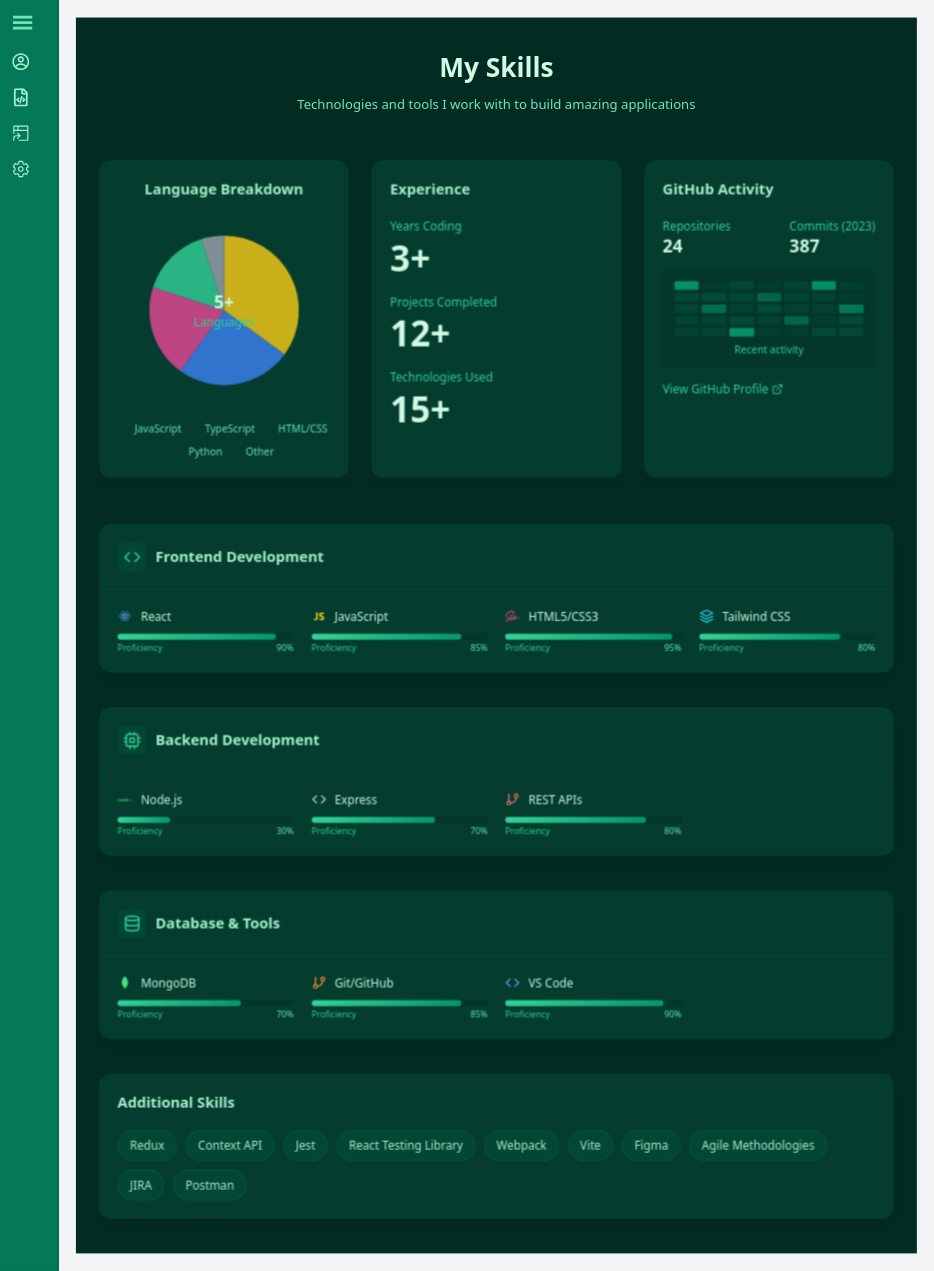
Repository: alizey12/DevLinker-Developer-Portfolio-Builder
Page: /dashboard/skills
These files come from the project's save history. The page is drawn as it stood at one moment and after the next save; the edit follows.
The browser window is 1280 px wide. The pictures show the whole page, at 73% of full size.
The project was rebuilt for these pictures with package versions that can differ from the ones it lists, and the page was loaded fresh each time. Also part of the build but not shown: vite.config.js, src/Pages/Login.jsx, src/Pages/Signup.jsx, src/Pages/Portfolio.jsx, src/Pages/Page404.jsx, src/Pages/Dashboard/Profile.jsx, src/Pages/Dashboard/Project.jsx, src/Pages/Dashboard/Setting.jsx and 1 more.

Above is the page before, as saved 2025-06-30 21:44:46.

### src/main.jsx
import { StrictMode } from 'react'

import { createRoot } from 'react-dom/client'
import './index.css'
import App from './App.jsx'
import { BrowserRouter } from 'react-router'

createRoot(document.getElementById('root')).render(
  <StrictMode>
  <BrowserRouter>
    <App />
    </BrowserRouter>
  </StrictMode>,
)

### src/App.jsx
import AppRoutes from "./Routes/AppRoutes";

function App() {
  return (
    <>
<AppRoutes />
    </>
  )
}

export default App

### src/Routes/AppRoutes.jsx
import React from 'react';
import { Routes, Route } from 'react-router';

import DashboardLayout from '../Components/Layout/DashboardLayout';
import Login from '../Pages/Login';
import Signup from '../Pages/Signup';
import Portfolio from '../Pages/Portfolio';
import Page404 from "../Pages/Page404";

import Profile from '../Pages/Dashboard/Profile';
import Skills from '../Pages/Dashboard/Skills';
import Projects from '../Pages/Dashboard/Project';
import Settings from '../Pages/Dashboard/Setting';
import Home from '../Pages/Home';

const AppRoutes = () => {
  return (
    <Routes>
      {/* Public Routes */}
      <Route path='/' element={<Home />} />
      <Route path='/login' element={<Login />} />
      <Route path='/signup' element={<Signup />} />
      <Route path='/portfolio/:username' element={<Portfolio />} />

      {/* Dashboard Routes */}
      <Route path='/dashboard' element={<DashboardLayout />}>
        <Route path="profile" element={<Profile />} />
        <Route path="skills" element={<Skills />} />
        <Route path="projects" element={<Projects />} />
        <Route path="settings" element={<Settings />} />
      </Route>

      {/* 404 Page */}
      <Route path='*' element={<Page404 />} />
    </Routes>
  );
};

export default AppRoutes;

### src/Components/Layout/DashboardLayout.jsx
import React from 'react'
import { Outlet } from 'react-router'
import Sidebar from '../Sidebar'

const DashboardLayout = () => {
  return (
    <div className="flex min-h-screen">
      {/* Sidebar on the left */}
      <Sidebar />

      {/* Main content */}
      <main className="flex-1 p-6 bg-gray-100">
        <Outlet />
      </main>
    </div>
  )
}

export default DashboardLayout

### src/Pages/Dashboard/Skills.jsx
import React from 'react';
import { FiCode, FiCpu, FiDatabase,FiExternalLink, FiLayers, FiGitBranch } from 'react-icons/fi';
import { DiReact, DiJavascript1, DiNodejs, DiMongodb, DiSass } from 'react-icons/di';

const Skills = () => {
  // Skill categories data
  const skillCategories = [
    {
      title: "Frontend Development",
      icon: <FiCode className="text-emerald-400" size={24} />,
      skills: [
        { name: "React", level: 90, icon: <DiReact className="text-blue-400" /> },
        { name: "JavaScript", level: 85, icon: <DiJavascript1 className="text-yellow-400" /> },
        { name: "HTML5/CSS3", level: 95, icon: <DiSass className="text-pink-500" /> },
        { name: "Tailwind CSS", level: 80, icon: <FiLayers className="text-cyan-400" /> }
      ]
    },
    {
      title: "Backend Development",
      icon: <FiCpu className="text-emerald-400" size={24} />,
      skills: [
        { name: "Node.js", level: 30, icon: <DiNodejs className="text-green-500" /> },
        { name: "Express", level: 70, icon: <FiCode className="text-gray-300" /> },
        { name: "REST APIs", level: 80, icon: <FiGitBranch className="text-red-400" /> }
      ]
    },
    {
      title: "Database & Tools",
      icon: <FiDatabase className="text-emerald-400" size={24} />,
      skills: [
        { name: "MongoDB", level: 70, icon: <DiMongodb className="text-green-400" /> },
        { name: "Git/GitHub", level: 85, icon: <FiGitBranch className="text-orange-400" /> },
        { name: "VS Code", level: 90, icon: <FiCode className="text-blue-400" /> }
      ]
    }
  ];

  // Languages/frameworks for radial chart
  const languages = [
    { name: "JavaScript", value: 35, color: "text-yellow-400" },
    { name: "TypeScript", value: 25, color: "text-blue-500" },
    { name: "HTML/CSS", value: 20, color: "text-pink-500" },
    { name: "Python", value: 15, color: "text-emerald-400" },
    { name: "Other", value: 5, color: "text-gray-400" }
  ];

  return (
    <div className="min-h-screen bg-emerald-950 py-12 px-4 sm:px-6 lg:px-8">
      <div className="max-w-7xl mx-auto">
        {/* Page Header */}
        <div className="text-center mb-16">
          <h1 className="text-4xl font-bold text-emerald-100 mb-4">My Skills</h1>
          <p className="text-lg text-emerald-300 max-w-3xl mx-auto">
            Technologies and tools I work with to build amazing applications
          </p>
        </div>

        {/* Skills Overview */}
        <div className="grid grid-cols-1 lg:grid-cols-3 gap-8 mb-16">
          {/* Radial Chart */}
          <div className="bg-emerald-900/50 backdrop-blur-sm rounded-2xl p-6 border border-emerald-800/50 shadow-lg flex flex-col items-center justify-center">
            <h2 className="text-xl font-bold text-emerald-200 mb-6">Language Breakdown</h2>
            <div className="relative w-64 h-64">
              <svg viewBox="0 0 100 100" className="w-full h-full">
                {languages.map((lang, i) => {
                  const angle = (lang.value / 100) * 360;
                  const startAngle = languages.slice(0, i).reduce((acc, l) => acc + (l.value / 100) * 360, 0);
                  return (
                    <path
                      key={lang.name}
                      d={describeArc(50, 50, 40, startAngle, startAngle + angle)}
                      fill="currentColor"
                      className={`${lang.color} opacity-80 hover:opacity-100 transition-opacity`}
                    />
                  );
                })}
              </svg>
              <div className="absolute inset-0 flex items-center justify-center">
                <div className="text-center">
                  <span className="text-2xl font-bold text-emerald-100">5+</span>
                  <p className="text-emerald-400">Languages</p>
                </div>
              </div>
            </div>
            <div className="flex flex-wrap justify-center gap-3 mt-6">
              {languages.map((lang) => (
                <div key={lang.name} className="flex items-center">
                  <div className={`w-3 h-3 rounded-full ${lang.color} mr-2`}></div>
                  <span className="text-sm text-emerald-300">{lang.name}</span>
                </div>
              ))}
            </div>
          </div>

          {/* Experience Stats */}
          <div className="bg-emerald-900/50 backdrop-blur-sm rounded-2xl p-6 border border-emerald-800/50 shadow-lg">
            <h2 className="text-xl font-bold text-emerald-200 mb-6">Experience</h2>
            <div className="space-y-6">
              <div>
                <h3 className="text-emerald-400 mb-2">Years Coding</h3>
                <div className="text-5xl font-bold text-emerald-100">3+</div>
              </div>
              <div>
                <h3 className="text-emerald-400 mb-2">Projects Completed</h3>
                <div className="text-5xl font-bold text-emerald-100">12+</div>
              </div>
              <div>
                <h3 className="text-emerald-400 mb-2">Technologies Used</h3>
                <div className="text-5xl font-bold text-emerald-100">15+</div>
              </div>
            </div>
          </div>

          {/* GitHub Stats */}
          <div className="bg-emerald-900/50 backdrop-blur-sm rounded-2xl p-6 border border-emerald-800/50 shadow-lg">
            <h2 className="text-xl font-bold text-emerald-200 mb-6">GitHub Activity</h2>
            <div className="flex items-center justify-between mb-4">
              <div>
                <h3 className="text-emerald-400">Repositories</h3>
                <div className="text-2xl font-bold text-emerald-100">24</div>
              </div>
              <div>
                <h3 className="text-emerald-400">Commits (2023)</h3>
                <div className="text-2xl font-bold text-emerald-100">387</div>
              </div>
            </div>
            <div className="bg-emerald-950/30 p-4 rounded-lg">
              <div className="grid grid-cols-7 gap-1">
                {Array.from({ length: 35 }).map((_, i) => (
                  <div
                    key={i}
                    className={`h-3 rounded-sm ${i % 5 === 0 ? 'bg-emerald-600' : 'bg-emerald-800/50'}`}
                    style={{ opacity: 0.3 + (Math.random() * 0.7) }}
                  />
                ))}
              </div>
              <p className="text-center text-sm text-emerald-400 mt-2">Recent activity</p>
            </div>
            <a
              href="#"
              className="inline-flex items-center mt-4 text-emerald-400 hover:text-emerald-300"
            >
              View GitHub Profile <FiExternalLink className="ml-1" />
            </a>
          </div>
        </div>

        {/* Skills by Category */}
        <div className="space-y-12">
          {skillCategories.map((category, index) => (
            <div key={index} className="bg-emerald-900/50 backdrop-blur-sm rounded-2xl overflow-hidden shadow-lg border border-emerald-800/50">
              <div className="p-6 border-b border-emerald-800/50 flex items-center">
                <div className="mr-3 p-2 bg-emerald-800/30 rounded-lg">
                  {category.icon}
                </div>
                <h2 className="text-xl font-bold text-emerald-200">{category.title}</h2>
              </div>
              <div className="p-6 grid grid-cols-1 md:grid-cols-2 lg:grid-cols-4 gap-6">
                {category.skills.map((skill, i) => (
                  <div key={i} className="group">
                    <div className="flex items-center mb-3">
                      <div className="mr-3 text-xl">
                        {skill.icon}
                      </div>
                      <h3 className="font-medium text-emerald-100">{skill.name}</h3>
                    </div>
                    <div className="w-full bg-emerald-950/30 h-2 rounded-full">
                      <div
                        className="bg-gradient-to-r from-emerald-400 to-emerald-600 h-2 rounded-full transition-all duration-1000 ease-out"
                        style={{ width: `${skill.level}%` }}
                      ></div>
                    </div>
                    <div className="flex justify-between mt-1">
                      <span className="text-xs text-emerald-400">Proficiency</span>
                      <span className="text-xs font-medium text-emerald-300">{skill.level}%</span>
                    </div>
                  </div>
                ))}
              </div>
            </div>
          ))}
        </div>

        {/* Additional Skills */}
        <div className="mt-12 bg-emerald-900/50 backdrop-blur-sm rounded-2xl p-6 border border-emerald-800/50 shadow-lg">
          <h2 className="text-xl font-bold text-emerald-200 mb-6">Additional Skills</h2>
          <div className="flex flex-wrap gap-3">
            {['Redux', 'Context API', 'Jest', 'React Testing Library', 'Webpack', 'Vite', 'Figma', 'Agile Methodologies', 'JIRA', 'Postman'].map((skill) => (
              <span
                key={skill}
                className="px-4 py-2 bg-emerald-800/30 text-emerald-200 rounded-full border border-emerald-700/50 hover:bg-emerald-700/50 transition-colors"
              >
                {skill}
              </span>
            ))}
          </div>
        </div>
      </div>
    </div>
  );
};

// Helper function for radial chart
function describeArc(x, y, radius, startAngle, endAngle) {
  const start = polarToCartesian(x, y, radius, endAngle);
  const end = polarToCartesian(x, y, radius, startAngle);
  const largeArcFlag = endAngle - startAngle <= 180 ? "0" : "1";
  return [
    "M", x, y,
    "L", start.x, start.y,
    "A", radius, radius, 0, largeArcFlag, 0, end.x, end.y,
    "Z"
  ].join(" ");
}

function polarToCartesian(x, y, radius, angleInDegrees) {
  const angleInRadians = (angleInDegrees - 90) * Math.PI / 180.0;
  return {
    x: x + (radius * Math.cos(angleInRadians)),
    y: y + (radius * Math.sin(angleInRadians))
  };
}

export default Skills;

### src/Components/Sidebar.jsx
import React, { useState } from 'react';
import { NavLink } from 'react-router';
import { CgProfile } from "react-icons/cg";
import { FaRegFileCode } from "react-icons/fa";
import { GoProjectSymlink } from "react-icons/go";
import { IoSettingsOutline } from "react-icons/io5";
import { GiHamburgerMenu } from "react-icons/gi";

const Sidebar = () => {
  const [isCollapsed, setIsCollapsed] = useState(true);

  function handleSideToggle() {
    setIsCollapsed(!isCollapsed);
  }

  return (
    <div>
      <aside className={`${isCollapsed ? 'w-20' : 'w-64'} h-full bg-emerald-900/70 hover:bg-emerald-700 text-white p-4 transition-all duration-300 border-r border-emerald-900/70 backdrop-blur`}>
        <button onClick={handleSideToggle} className="text-emerald-300 hover:text-emerald-400">
          <GiHamburgerMenu size={30} />
        </button>

        <ul className="space-y-6 my-5">
          <li>
            <NavLink
              to="profile"
              className="flex items-center text-emerald-200 hover:text-emerald-400"
              activeClassName="text-emerald-400"
            >
              <CgProfile size={25} />
              {!isCollapsed && <span className="ml-3 font-semibold text-lg">Profile</span>}
            </NavLink>
          </li>

          <li>
            <NavLink
              to="skills"
              className="flex items-center text-emerald-200 hover:text-emerald-400"
              activeClassName="text-emerald-400"
            >
              <FaRegFileCode size={25} />
              {!isCollapsed && <span className="ml-3 font-semibold text-lg">Skills</span>}
            </NavLink>
          </li>

          <li>
            <NavLink
              to="projects"
              className="flex items-center text-emerald-200 hover:text-emerald-400"
              activeClassName="text-emerald-400"
            >
              <GoProjectSymlink size={25} />
              {!isCollapsed && <span className="ml-3 font-semibold text-lg">Projects</span>}
            </NavLink>
          </li>

          <li>
            <NavLink
              to="settings"
              className="flex items-center text-emerald-200 hover:text-emerald-400"
              activeClassName="text-emerald-400"
            >
              <IoSettingsOutline size={25} />
              {!isCollapsed && <span className="ml-3 font-semibold text-lg">Settings</span>}
            </NavLink>
          </li>
        </ul>
      </aside>
    </div>
  );
};

export default Sidebar;

Loaded but not shown: index.html (common file); src/index.css (common file); tailwind.config.js (common file)

After the next save:
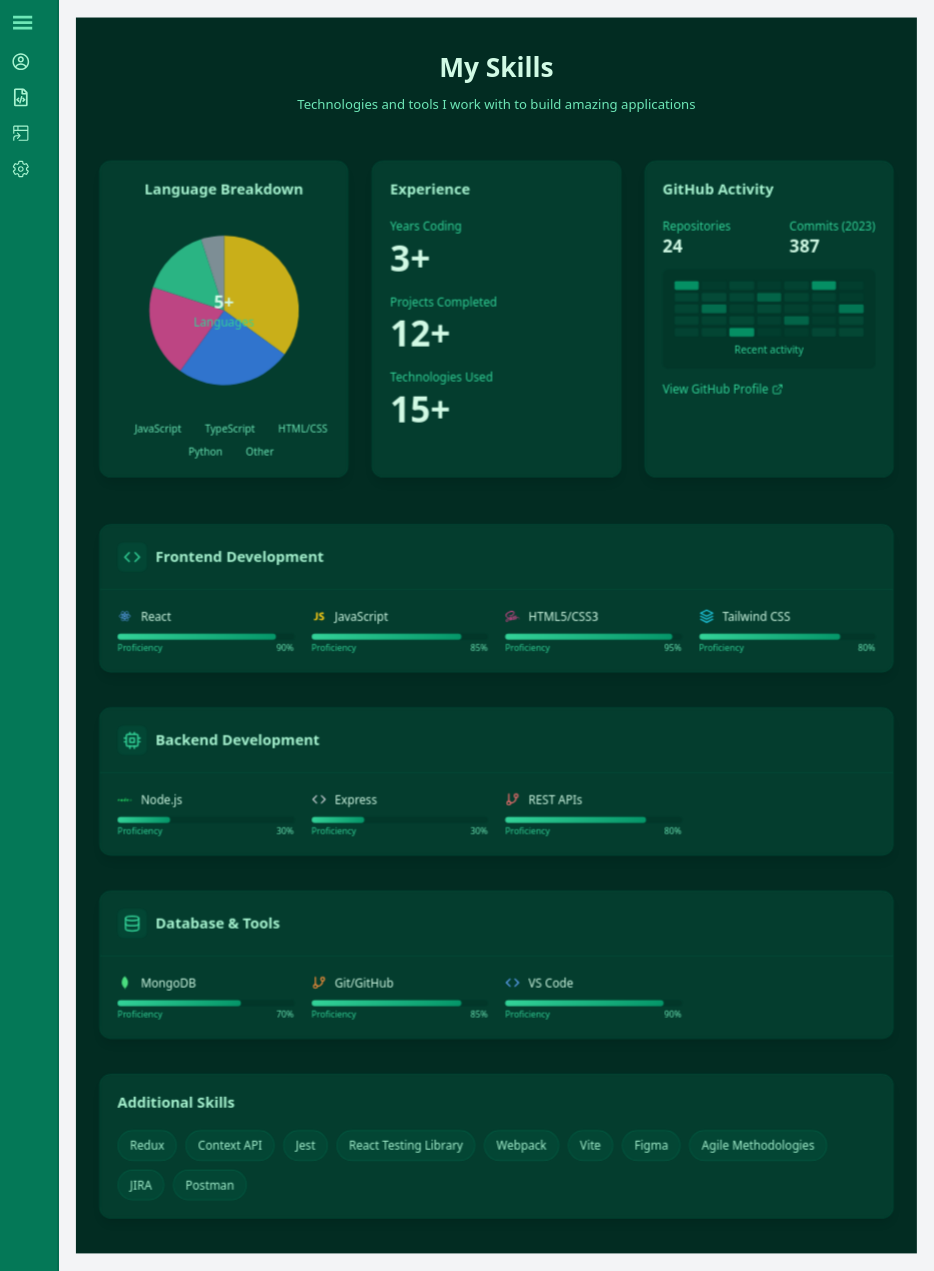
Saved 5 s later.
--- a/src/Pages/Dashboard/Skills.jsx
+++ b/src/Pages/Dashboard/Skills.jsx
@@ -20,7 +20,7 @@
       icon: <FiCpu className="text-emerald-400" size={24} />,
       skills: [
         { name: "Node.js", level: 30, icon: <DiNodejs className="text-green-500" /> },
-        { name: "Express", level: 70, icon: <FiCode className="text-gray-300" /> },
+        { name: "Express", level: 30, icon: <FiCode className="text-gray-300" /> },
         { name: "REST APIs", level: 80, icon: <FiGitBranch className="text-red-400" /> }
       ]
     },
